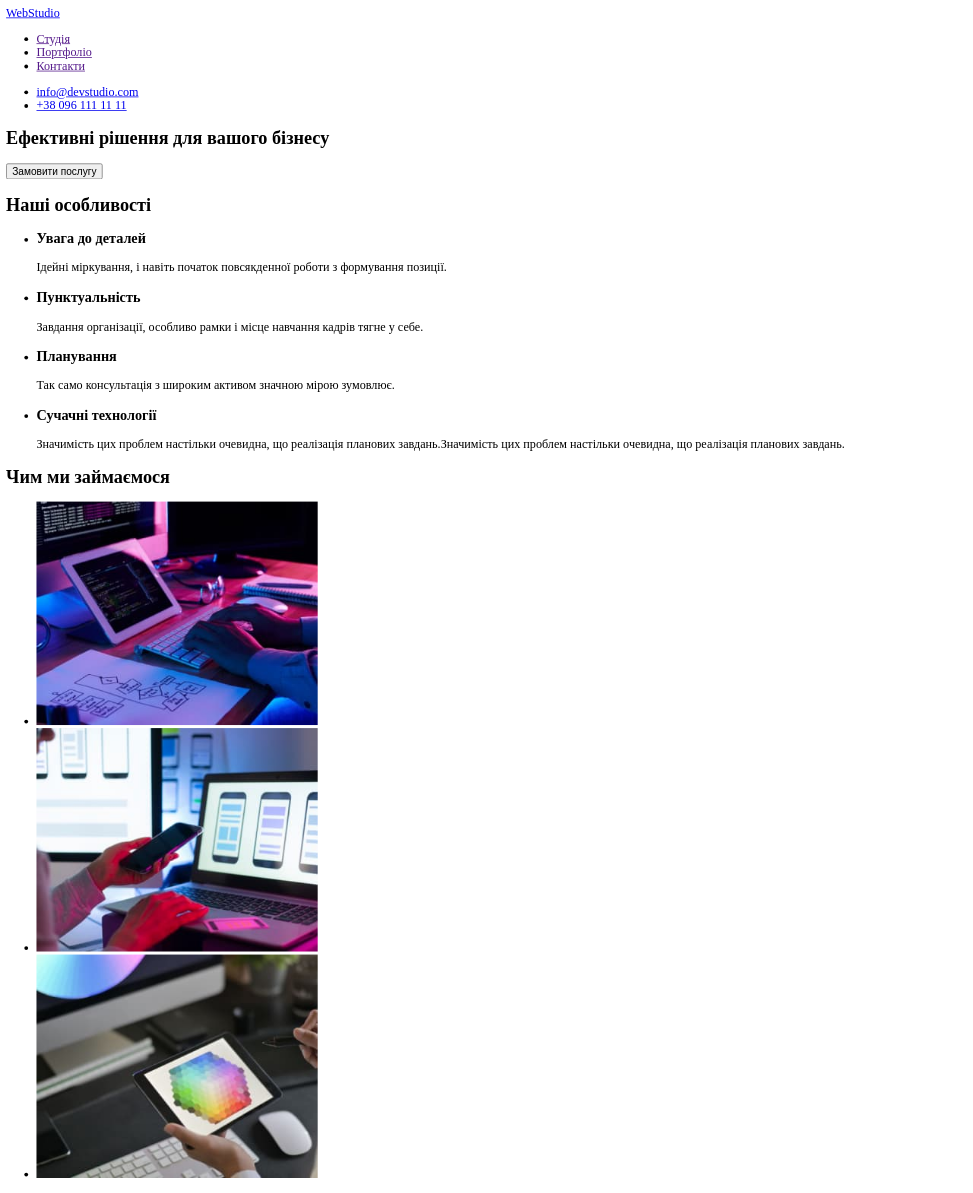
Repository: Mariia2811/goit-markup-hw-03
Page: index.html
These files come from the project's save history. The page is drawn as it stood at one moment and after the next save; the edit follows.
The browser window is 1280 px wide. The pictures show the whole page, at 76% of full size.

Above is the page before, as saved 2022-11-16 13:50:57.

After the next save:
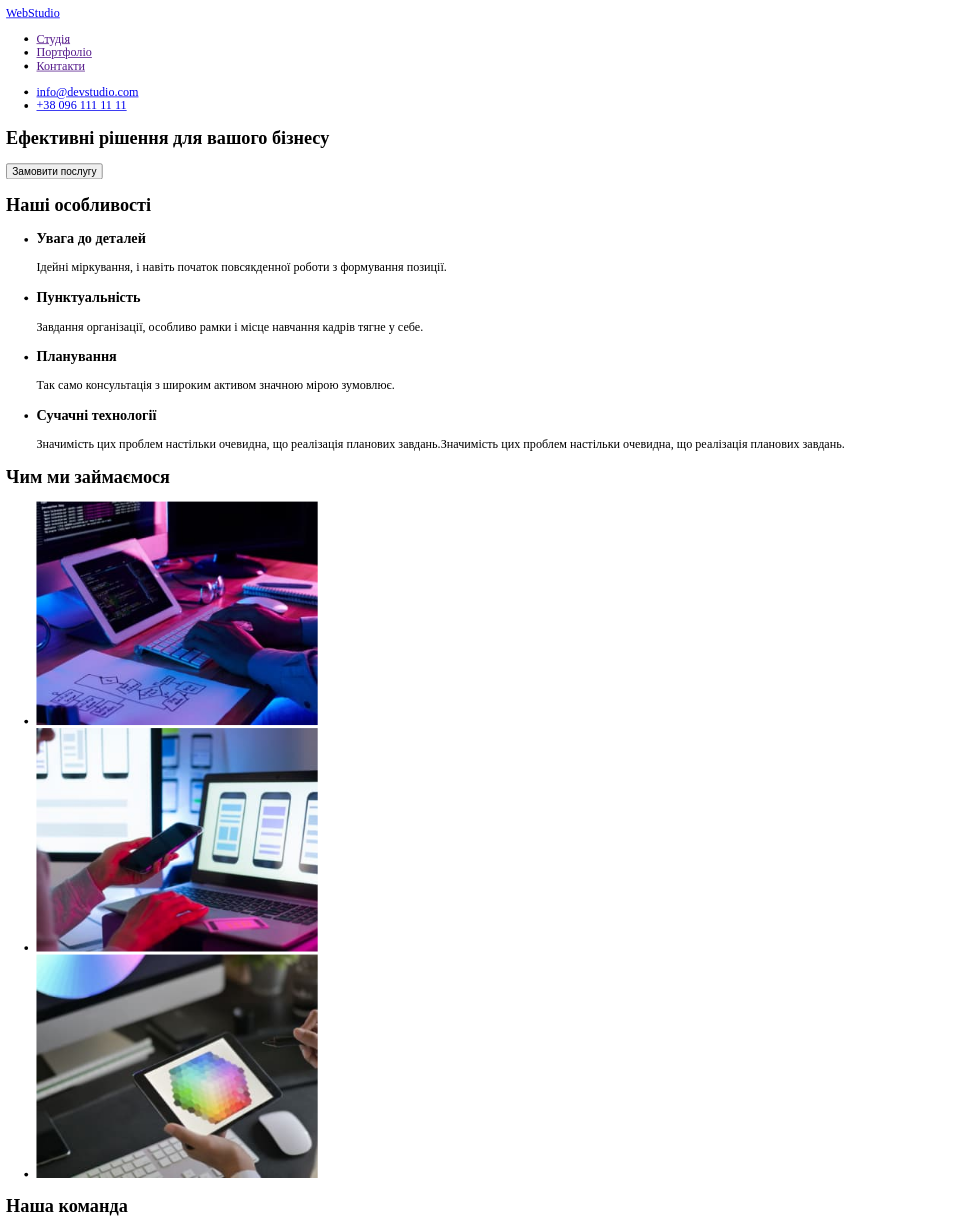
Saved 33 s later.
--- a/index.html
+++ b/index.html
@@ -56,7 +56,7 @@
             </ul>
         </section>
         <section>
-
+            <h2>Наша команда</h2>
         </section>
     </main>
     <footer></footer>
